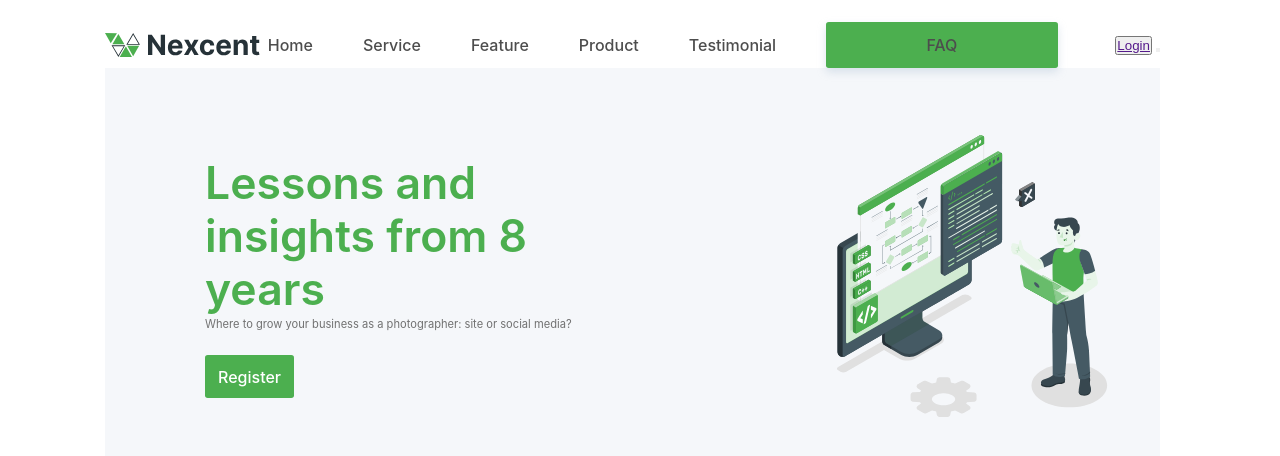
Repository: kubrazamanova/Folder4
Page: homePage/index.html
The author's editor kept a copy of each file at every save. The page is drawn from the files as they stood at one save, then again after a run of saves.
The browser window is 1280 px wide. The pictures show the whole page.

Above is the page before, as saved 2023-11-11 11:35:44.

After the next 5 saves:
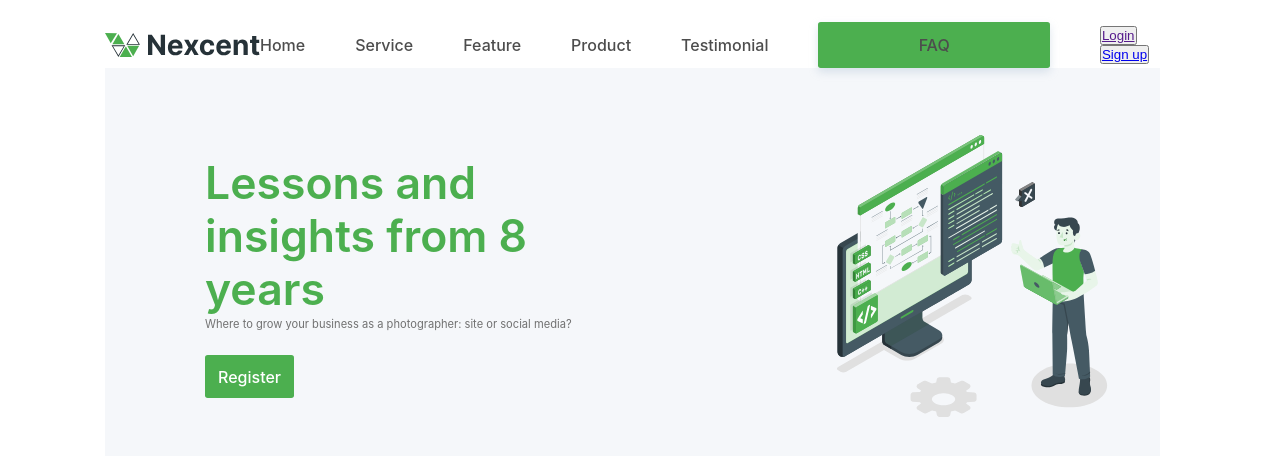
The 5 saves are shown as one change because they came seconds apart.
The last was saved 17 s later.
--- a/homePage/index.html
+++ b/homePage/index.html
@@ -41,7 +41,9 @@
             <button class="login-btn">
                 <a href="">Login</a>
             </button>
-            <button class=""></button>
+            <button class="signup-btn">
+                <a href="#">Sign up</a>
+            </button>
         </div>
       </nav>
 
